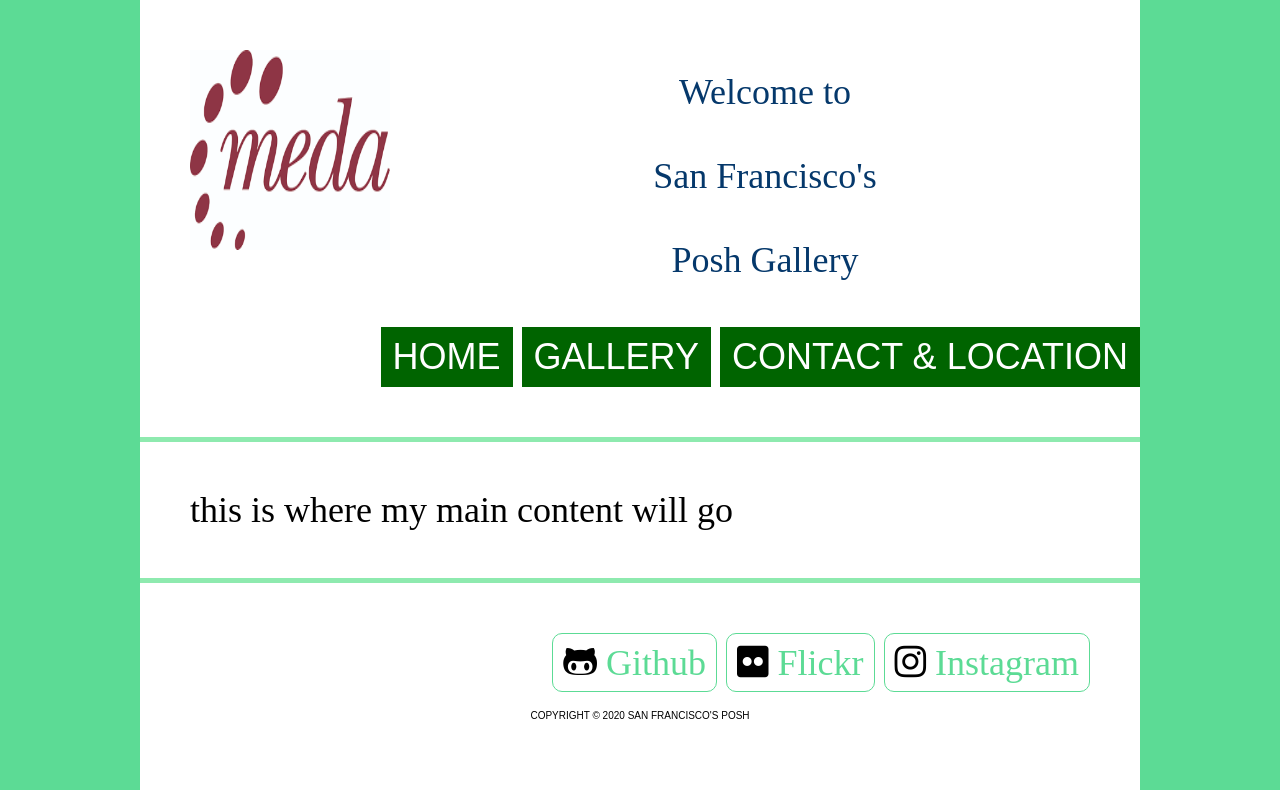
Repository: seleniadelgado/meda-spring2020-angie
Page: practice/html/week_4/multipage-css/index.html
The author's editor kept a copy of each file at every save. The page is drawn from the files as they stood at one save, then again after the next save.
The browser window is 1280 px wide. The pictures show the whole page.

Above is the page before, as saved 2020-02-11 12:43:42.

### practice/html/week_4/multipage-css/index.html
<!DOCTYPE html>
<html lang="en">
<head>
    <meta charset=utf-8>
    <title>SF's Posh Gallery | Homepage</title>
    <meta name="viewport" content="width=device-width, initial-scale=1">
    <link rel="stylesheet" type="text/css" href="styles/reset.css">
    <link rel="stylesheet" type="text/css" href="styles/all.min.css">
    <link rel="stylesheet" type="text/css" href="styles/style.css">

</head>
<body>
    <header>
        <div>
            <a href="index.html"><img id="logo" src="images/logo.png" alt="logo" width="200" height="200"></a>
        </div>
        <div id="title-container">
            <h1>Welcome to<br>San Francisco's<br>Posh Gallery</h1>
        </div>
        <nav>
            <ul>
                <li><a href="index.html">Home</a></li>
                <li><a href="#">Gallery</a></li>
                <li><a href="#">Contact & Location</a></li>
            </ul>
        </nav>
    </header>

    <main>
        <div>
            <h1>this is where my main content will go</h1>
        </div>
    </main>

    <footer>
        <section id="social-links">
            <ul>
                <div class="lis">
                <li><i class="fab fa-github-alt"><a href="https://www.github.com"> Github</a></i></li>
                <li><i class="fab fa-flickr"> <a href="https://www.flickr.com"> Flickr</a></i></li>
                <li><i class="fab fa-instagram"><a href="https://www.Instagram.com"> Instagram</a></i></li>
                </div>
            </ul>
        </section>
        <section>
            <p id="copyright">Copyright &copy; 2020 San Francisco's Posh</p>
        </section>
    </footer>
</body>

</html>

### practice/html/week_4/multipage-css/styles/style.css
body {
    background-color: #5cdb95;
    color: black;
}
header, main, footer {
    width: 900px;
    background-color: white;
    margin: 0 auto;
    padding: 50px;
    font-size: 36px;
}
/* Header style start*/
header {
    padding-right: 0;
    width: 950px;
}
header, main {
    border-bottom: #8EEaAF 5px solid;
}
header h1 {
    font-family: "Zapfino";
    font-size: "48px";
    text-align: center;
    color: #05386B;
    line-height: 84px;
}
#logo {
    float: left;
}
#little-container{
    margin-left: 200px;
}
nav ul li {
    display: inline-block;
    background-color: #8EEaAF;
    padding: 12px;
    margin-top: 25px;
    color: white;
    text-transform: uppercase;
    font-family: Arial, Helvetica, sans-serif;
}
nav ul li {
    background-color: darkgreen;
}
nav ul {
    text-align: right;
}
nav ul li a{
    text-decoration: none;
}
nav ul li a:link {
    color: white;
}

nav ul li a:visited{
    color: white;
}
nav ul li a:hover {
    text-decoration: none;
    color: #8EEaAF;
}

nav ul li a:active {
    color: darkgray;
}

/* header style ends */

/*Footer style starts*/
footer p {
    color: black;
    font-family: "Arial";
    line-height: 48px;
}
#copyright {
    text-align: center;
    font-size: 10px;
    text-transform: uppercase;
}
#social-links ul{
    text-align: right;
}
#social-links ul li {
    display: inline-block;
    border: solid 1px #5cdb95;
    border-radius: 10px;;
    padding: 10px;
}
#social-links ul a:hover, #social-links ul li:hover {
    color: white;
    background-color: #8EEaAF;
}
#social-links ul li a {
    text-decoration: none;
    color: #5cdb95;;
}

/*Footer style ends*/

Loaded but not shown: practice/html/week_4/multipage-css/styles/reset.css (common file); practice/html/week_4/multipage-css/styles/all.min.css (library)

After the next save:
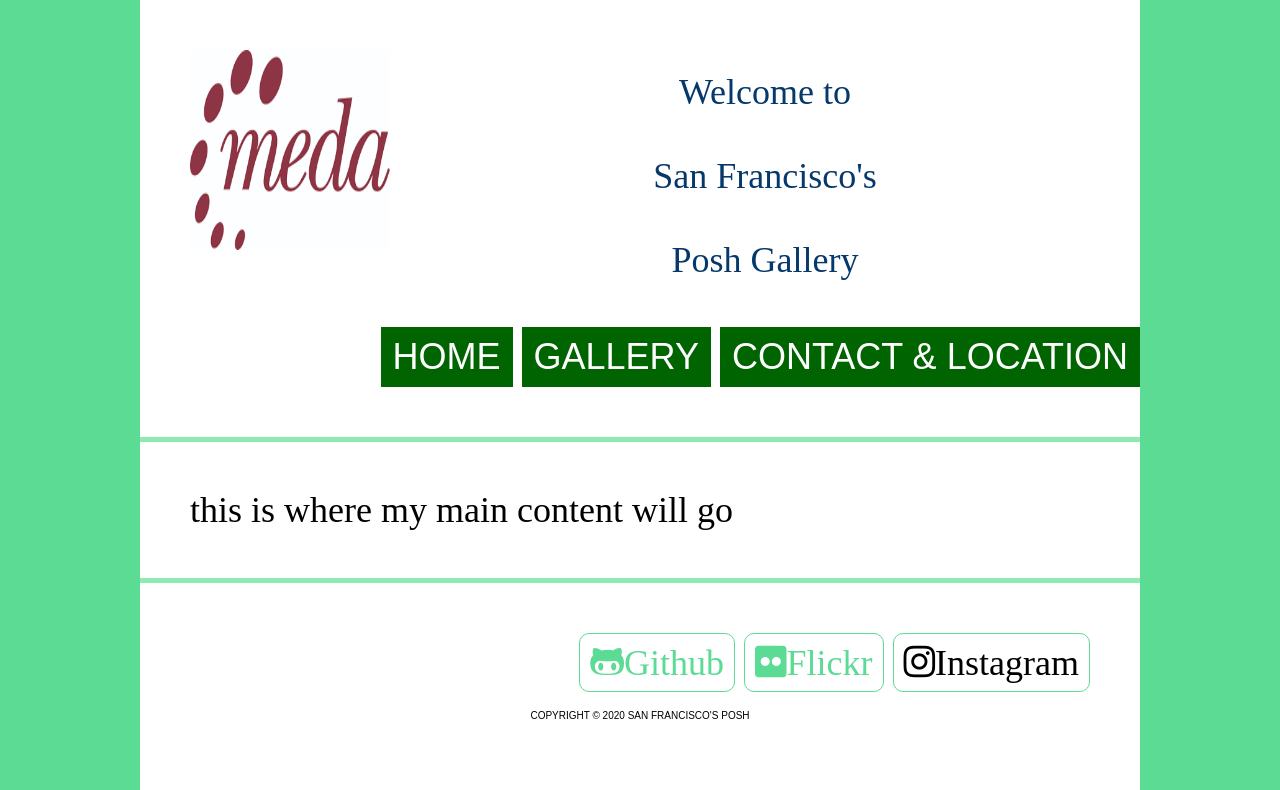
Saved 20 h 51 min later.
--- a/practice/html/week_4/multipage-css/index.html
+++ b/practice/html/week_4/multipage-css/index.html
@@ -36,9 +36,9 @@
         <section id="social-links">
             <ul>
                 <div class="lis">
-                <li><i class="fab fa-github-alt"><a href="https://www.github.com"> Github</a></i></li>
-                <li><i class="fab fa-flickr"> <a href="https://www.flickr.com"> Flickr</a></i></li>
-                <li><i class="fab fa-instagram"><a href="https://www.Instagram.com"> Instagram</a></i></li>
+                <li><a href="https://www.github.com"><i class="fab fa-github-alt"></i>Github</a></li>
+                <li><a href="https://www.flickr.com"><i class="fab fa-flickr"></i>Flickr</a></li>
+                <li><i href="https://www.Instagram.com"><i class="fab fa-instagram"></i>Instagram</a></li>
                 </div>
             </ul>
         </section>
